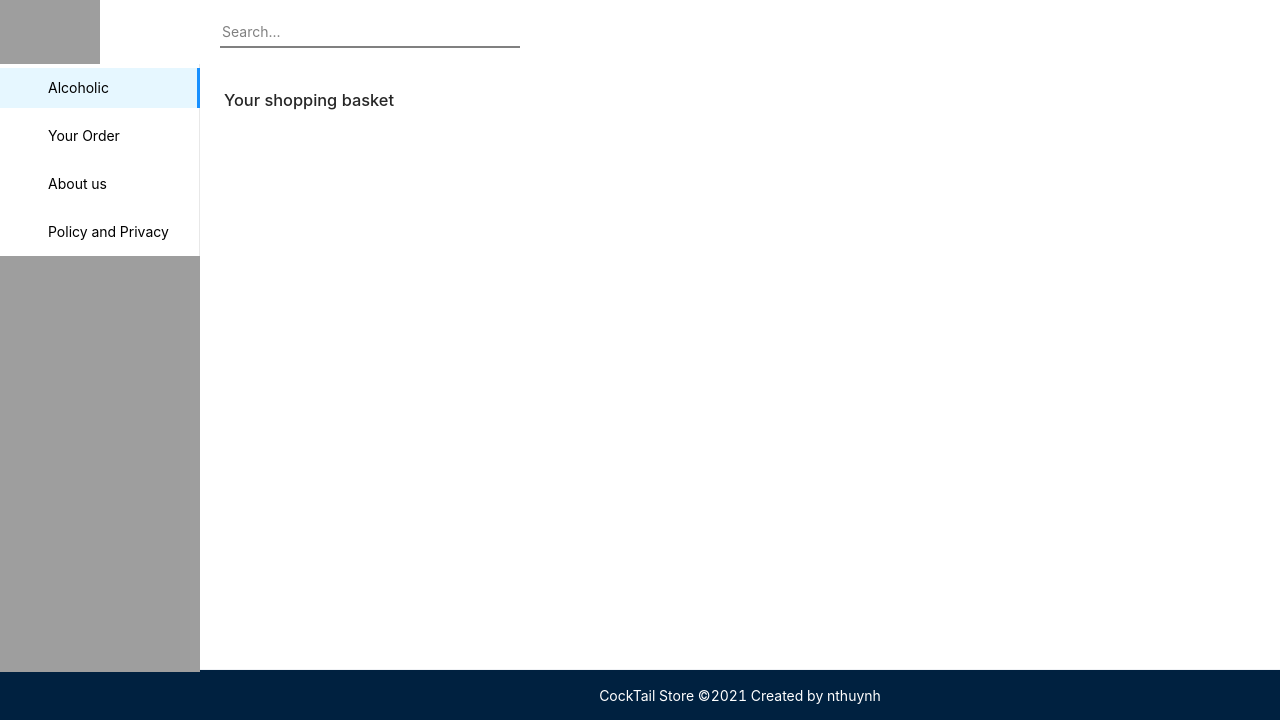
Repository: huynhnt1406/cocktail
Page: /yourorder
The author's editor kept a copy of each file at every save. The page is drawn from the files as they stood at one save, then again after the next save.
The browser window is 1280 px wide. The pictures show the whole page.
Pictures or frames that could not be fetched are drawn as grey boxes. The project was rebuilt for these pictures with package versions that can differ from the ones it lists, and the page was loaded fresh each time. Also part of the build but not shown: src/components/CockTail.vue, src/components/DetailPage.vue, src/components/AboutUs.vue, src/components/PolicyandPrivacy.vue.

Above is the page before, as saved 2021-05-08 01:20:32.

### public/index.html
<!DOCTYPE html>
<html lang="">
  <head>
    <meta charset="utf-8">
    <meta http-equiv="X-UA-Compatible" content="IE=edge">
    <meta name="viewport" content="width=device-width,initial-scale=1.0">
    <link rel="icon" href="<%= BASE_URL %>favicon.ico">
    <title><%= htmlWebpackPlugin.options.title %></title>
    <link rel="preconnect" href="https://fonts.gstatic.com">
    <link href="https://fonts.googleapis.com/css2?family=Poppins:ital,wght@0,200;0,300;1,400&display=swap" rel="stylesheet">
    <link rel="stylesheet" href="https://cdnjs.cloudflare.com/ajax/libs/font-awesome/4.7.0/css/font-awesome.min.css">
  </head>
  <body>
    <noscript>
      <strong>We're sorry but <%= htmlWebpackPlugin.options.title %> doesn't work properly without JavaScript enabled. Please enable it to continue.</strong>
    </noscript>
    <div id="app"></div>
    <!-- built files will be auto injected -->
  </body>
</html>

### src/main.js
import Vue from 'vue'
import App from './App.vue'
import store from './store/index'
import router from './router/index'
import 'ant-design-vue/dist/antd.css';
import Antd from 'ant-design-vue';
Vue.config.productionTip = false
Vue.use(Antd);
new Vue({
  store,
  router,
  render: h => h(App),
}).$mount('#app')

### src/App.vue
<template>
  <a-layout id="components-layout-demo-side" theme="light"  style="min-height: 100vh">
    <a-layout-sider style="background-color:white" v-model="collapsed" collapsible >
      <img style="height:64px ; width:50%" src="https://i.pinimg.com/originals/fd/3e/53/fd3e533305c578157dbaf393b76ac1ee.jpg" alt="">
      <a-menu theme="light" :default-selected-keys="['1']" mode="inline">
        <a-menu-item key="1">
          <a-icon type="menu" />
          <span><router-link class="link" to="/">Alcoholic</router-link></span>
        </a-menu-item>
        <a-menu-item key="2">
           <a-icon type="shopping-cart" />
          <span><router-link class="link"  to="/yourorder">Your Order</router-link></span>
        </a-menu-item>
           <a-menu-item key="3">
           <a-icon type="info-circle" />
          <span><router-link class="link"  to="/aboutus">About us</router-link></span>
        </a-menu-item>
           <a-menu-item key="4">
           <a-icon type="safety-certificate" />
          <span><router-link class="link"  to="/policyandprivacy">Policy and Privacy</router-link></span>
        </a-menu-item>
      </a-menu>
      <img style="height:62% ; width:100%" src="https://www.gobourbon.com/wp-content/uploads/2019/03/EFCCF7C6-0A6F-4658-83B6-877007B0A1AC-751x1024.jpeg" alt="">
    </a-layout-sider>
    <a-layout>
      <a-layout-header style="background: #fff; padding: 0" >
        <SearchBar/>
      </a-layout-header>
      <a-layout-content>
        <div class="cocktail-lists" :style="{ padding:'24px',  background: '#fff', minHeight: '360px' }">
          <router-view/>
        </div>
      </a-layout-content>
      <a-layout-footer class="footer" style="text-align: center" :style="{padding:'2vh',color:'white' ,background: '#002140',textAlign:'center'}">
        CockTail Store ©2021 Created by nthuynh
      </a-layout-footer>
    </a-layout>
  </a-layout>
</template>
<script>
import SearchBar from './components/SearchBar'
export default {
  data() {
    return {
      collapsed: false,
    };
  },
  components:{
    SearchBar
  }
};
</script>

<style>
#components-layout-demo-side .logo {
  height: 32px;
  background: rgba(255, 255, 255, 0.2);
  margin: 16px;
}
#components-layout-demo-side{
  background-color: red;
}
.cocktail-lists{
  overflow-y: scroll;
  height:84vh;
}
.footer{
  background-color: #002140;
}
.link{
  color:black;
}
.link:focus{
  color:gray;
}
</style>

### src/store/index.js
import Vue from 'vue'
import Vuex from 'vuex'
import cocktail from './modules/cocktail'
Vue.use(Vuex)
export default new Vuex.Store({
    modules:{
        cocktail
    }
})

### src/router/index.js
import Vue from 'vue'
import VueRouter from 'vue-router'
import CockTail from '../components/CockTail'
import DetailPage from '../components/DetailPage'
import Order from '../components/Order'
import AboutUs  from '../components/AboutUs'
import PolicyandPrivacy from '../components/PolicyandPrivacy'
const routes = [
    {
        path:'/',
        name:'CockTail',
        component:CockTail
    },
    {
        path:'/detailpage/:id',
        name:'DetailPage',
        component:DetailPage,
        props:true
    },
    {
        path:'/yourorder',
        name:'Order',
        component:Order,
    },
    {
        path:'/aboutus',
        name:'AboutUs',
        component:AboutUs,
    },
    {
        path:'/policyandprivacy',
        name:'PolicyandPrivacy',
        component:PolicyandPrivacy,
    },
]
Vue.use(VueRouter)

export default new VueRouter({
    routes,
    mode:'history'
})

### src/components/SearchBar.vue
<template>
  <div class="searchbar">
    <div class="search-tool">
        <input type="text" placeholder="Search..." >
    </div>
  </div>
</template>

<script>
export default {
}
</script>

<style>
.searchbar{
    display: flex;
    justify-content: space-between;
    align-items: center;
    padding-left:10px;
    padding-right: 10px;
    background-color: white;
}
.search-tool input{
    height: 30px;
    width: 300px;
    background-color: transparent;
    border-left:none;
    border-right: none;
    border-top:none;
    border-bottom: 2px solid gray;
    margin-left: 10px;
    outline: none;
    color:gray;
}
::placeholder{
  color:gray;
}
.search-tool input:focus{
    border-bottom: 2px solid green;
}
</style>

### src/store/modules/cocktail.js
import axios from 'axios'

const state = {
    cocktailLists: [],
    cart:[]
}
const getters = {
    allCocktails : state => state.cocktailLists,
    allItems : state => state.cart
}
const actions = {
    async fetchCocktail({commit}){
        const res = await axios.get(`https://www.thecocktaildb.com/api/json/v1/1/search.php?f=b`)
        commit('getCocktail', res.data.drinks)
        console.log(res.data.drinks)
    },
    addProductToCart({commit}, {product, quantity}){
        commit('ADD_TO_CART', {product,quantity})
    },
    deleteItem({commit}, index) {
        commit('removeItem', index)
    }
}

const mutations = {
    getCocktail : (state, cocktailLists) => state.cocktailLists = cocktailLists,
    ADD_TO_CART : (state, {product,quantity}) => {
        state.cart.push({
            product,
            quantity
        })
    },
    removeItem: (state, index) => state.cart.filter(item => item.index !== index)
}

export default {
    state,getters,actions,mutations
}

### src/components/Order.vue
<template>
  <div class="order-page">
    <div class="order-header">
      <h3>Your shopping basket</h3>
      <a-badge :count="cardItems.length">
        <a-icon type="shopping-cart" :style="{fontSize:'30px'}" />
      </a-badge>
    </div>
    <div v-for="(item, index) in cardItems" :key="index" class="order-header">
      <div class="item">
          <div class="item-img">
            <img :src="item.product[0].strDrinkThumb" :alt="item.product[0].idDrink">
              <div class="item-info">
                <h3>Type : {{item.product[0].strAlcoholic}}</h3>
                <h3>Drink : {{item.product[0].strDrink}}</h3>
                <h3>Glass : {{item.product[0].strGlass}}</h3>
              </div>
          </div>
          <div class="item-actions">
            <a-button @click="deleteITEM(index)" class="m-2"   type="danger" >
              Remove
            </a-button>
          </div>
      </div>
    </div>
  </div>
</template>

<script>
import { mapActions, mapGetters } from 'vuex'
export default {
  name:'Order',
  computed : mapGetters(["allItems"]),

  data(){
    return{
      cardItems:[]
    }
  },
  created(){
    this.cardItems = this.allItems
    console.log(this.cardItems)
  },
  methods:{
    ...mapActions(["deleleItem"]),
    deleteITEM(index){
      if(index){
        this.deleteItem(index);
        console.log('deleted')
      }
    },
  },
}
</script>

<style>
.item-img img{
  height: 100px;
  width:100px;
  margin:10px;
}
.item{
  display: flex;
  flex:1;
  justify-content: space-between;
  align-items: center;
}
.item-img{
  display: flex;
  justify-content: center;
  align-items: center;
}
.order-header{
  display: flex;
  justify-content: space-between;
  align-items: center;
}
</style>

After the next save:
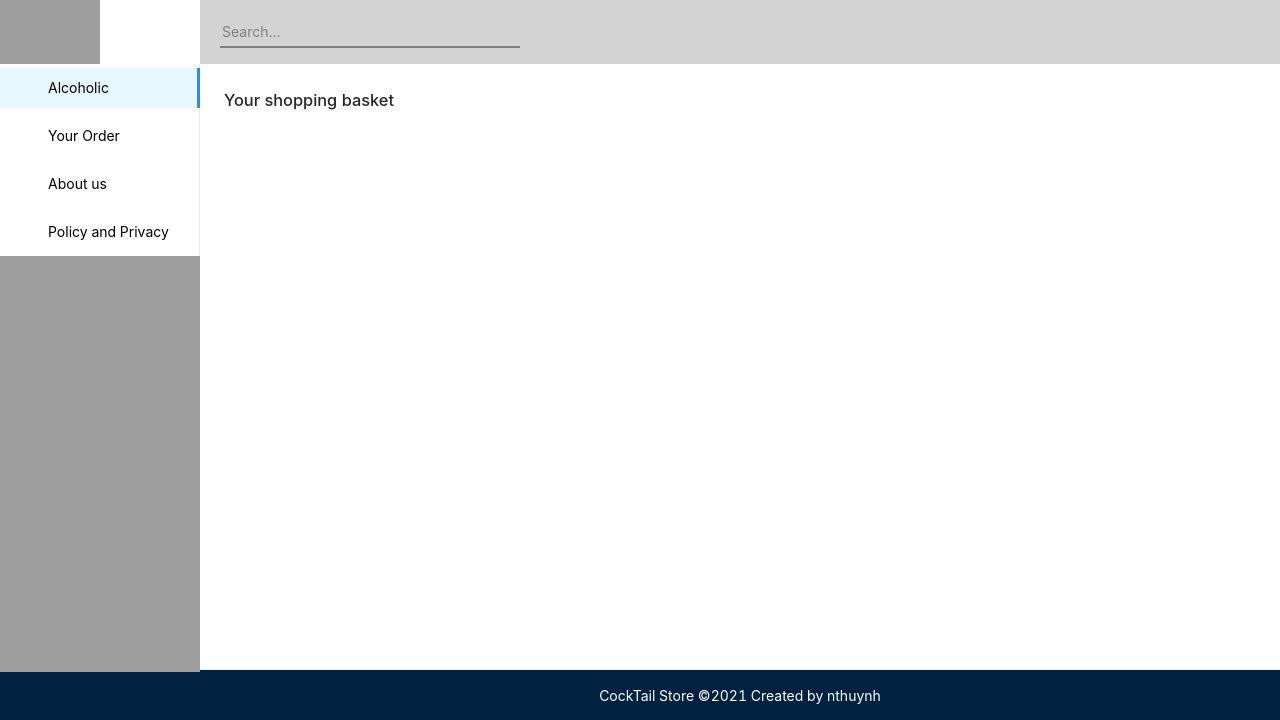
Saved 14 s later.
--- a/src/components/SearchBar.vue
+++ b/src/components/SearchBar.vue
@@ -18,7 +18,7 @@
     align-items: center;
     padding-left:10px;
     padding-right: 10px;
-    background-color: white;
+    background-color: lightgray;
 }
 .search-tool input{
     height: 30px;

After the save that followed:
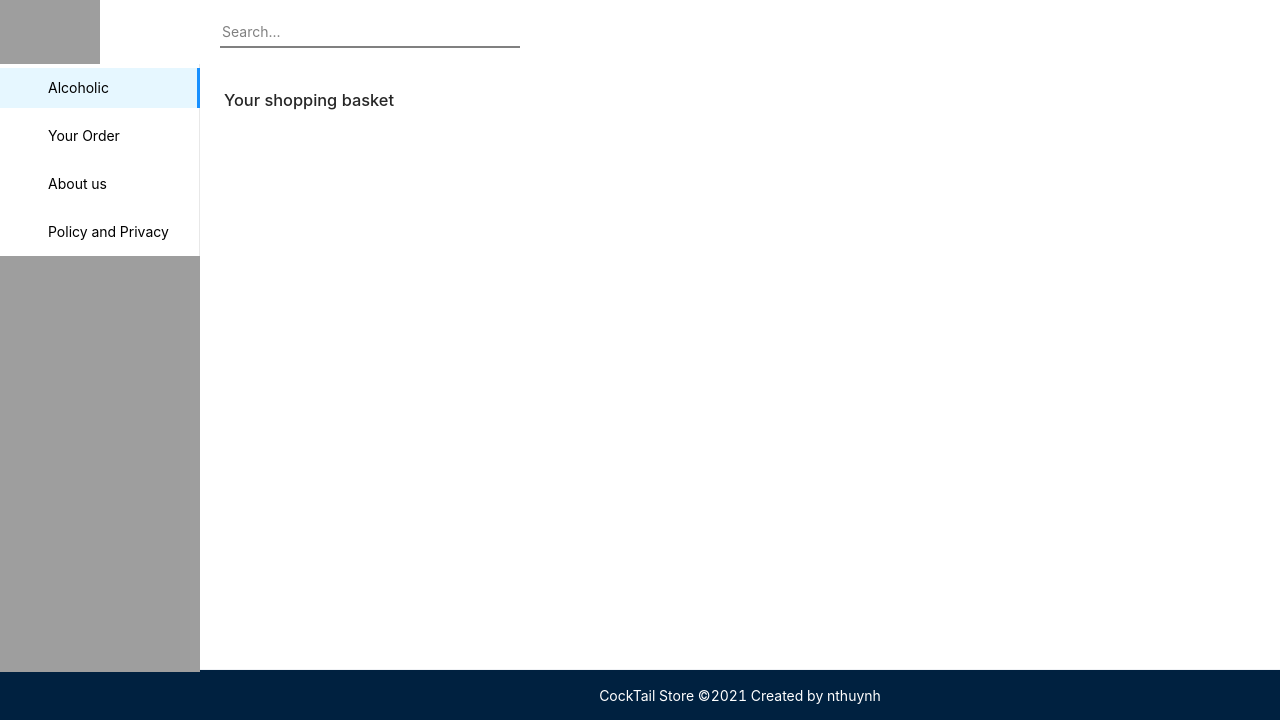
Saved 28 s later.
--- a/src/components/SearchBar.vue
+++ b/src/components/SearchBar.vue
@@ -18,7 +18,6 @@
     align-items: center;
     padding-left:10px;
     padding-right: 10px;
-    background-color: lightgray;
 }
 .search-tool input{
     height: 30px;
